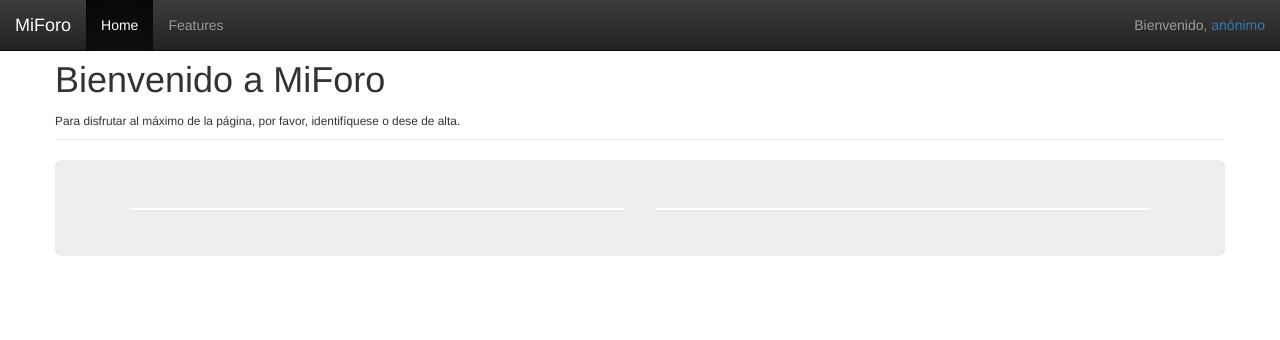
Repository: Myugen/EjercicioPHP
Page: http://localhost/
An editor plug-in stored every save of this project. The page is shown before and after the next save, followed by the edit.
The browser window is 1280 px wide. The pictures show the whole page.
Some web libraries are served in a nearby version. The page is run by PHP 8.4 with error messages shown; the project is at /var/www/html/.

Above is the page before, as saved 2015-11-27 19:21:48.
Not found: ProyectoFinalForo/jsfile

### ProyectoFinalForo/index.php
<?php
session_start();
?>
<!DOCTYPE html>
<html lang="es-ES">
<head>
    <meta charset="UTF-8">
    <!-- JQuery -->
    <script src="https://ajax.googleapis.com/ajax/libs/jquery/1.11.3/jquery.min.js"></script>

    <!-- Latest compiled and minified CSS -->
    <link rel="stylesheet" href="https://maxcdn.bootstrapcdn.com/bootstrap/3.3.6/css/bootstrap.min.css">

    <!-- Optional theme -->
    <link rel="stylesheet" href="https://maxcdn.bootstrapcdn.com/bootstrap/3.3.6/css/bootstrap-theme.min.css">

    <!-- Latest compiled and minified JavaScript -->
    <script src="https://maxcdn.bootstrapcdn.com/bootstrap/3.3.6/js/bootstrap.min.js"></script>
    <script type="text/javascript" src="jsfile"></script>
    <title>Inicio</title>
</head>
<body>
    <div class="container">
    	<div class="row">
    	<nav class="navbar navbar-fixed-top navbar-inverse">
    		<a class="navbar-brand" href="#">MiForo</a>
  			<ul class="nav navbar-nav navbar-left">
	    		<li class="nav-item active">
	      			<a class="nav-link" href="#">Home<span class="sr-only">(current)</span></a>
	    		</li>
	    		<li class="nav-item">
	      			<a class="nav-link" href="#">Features</a>
	    		</li>
    		</ul>
    		<ul class="nav navbar-nav navbar-right">
    			<li class="nav-item" style="padding-right: 15px">
    				<p class="navbar-text">Bienvenido, <a class="nav-link">anónimo</a></p>
    			</li>
    		</ul>
    	</nav>
    	</div>
    	<div class="row" style="padding-top: 20px">
    		<div class="page-header">
    			<h1>Bienvenido a MiForo</h1>
    			<small>Para disfrutar al máximo de la página, por favor, identifíquese o dese de alta.</small>
    		</div>
    	</div>
    	<div class="row">
	    	<div class="jumbotron">
	    	<div class="col-md-6">
	    		<div class="panel">
	    		</div>
	    	</div>
	    	<div class="col-md-6">
	    	<div class="panel">
	    	</div>
	    	</div>
	    	</div>
    	</div>
    </div>
</body>
</html>

After the next save:
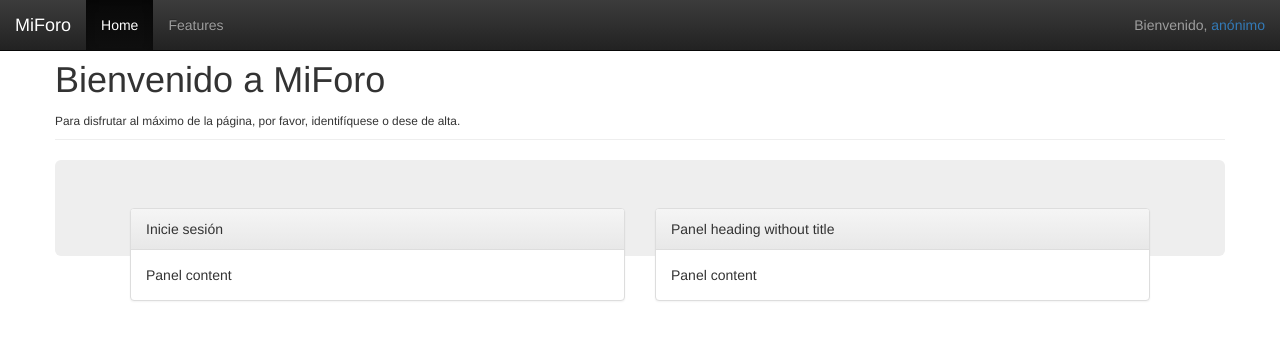
Saved 3 min 5 s later.
--- a/ProyectoFinalForo/index.php
+++ b/ProyectoFinalForo/index.php
@@ -48,12 +48,20 @@ session_start();
     	<div class="row">
 	    	<div class="jumbotron">
 	    	<div class="col-md-6">
-	    		<div class="panel">
-	    		</div>
+	    		<div class="panel panel-default">
+  					<div class="panel-heading">Inicie sesión</div>
+  					<div class="panel-body">
+    					Panel content
+  					</div>
+				</div>
 	    	</div>
 	    	<div class="col-md-6">
-	    	<div class="panel">
-	    	</div>
+	    	<div class="panel panel-default">
+  <div class="panel-heading">Panel heading without title</div>
+  <div class="panel-body">
+    Panel content
+  </div>
+</div>
 	    	</div>
 	    	</div>
     	</div>
